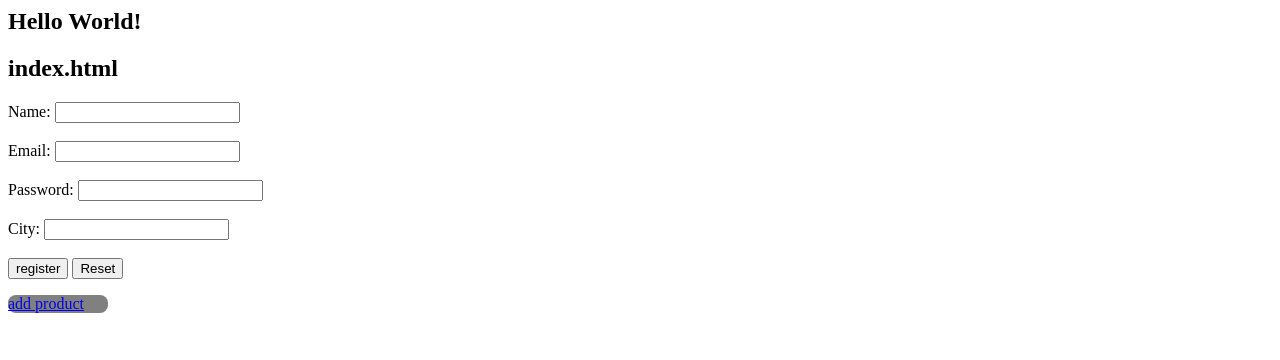
Repository: patramanik/java_ORM_Hibernate
Page: http://localhost/HD19/
The author's editor kept a copy of each file at every save. The page is drawn from the files as they stood at one save, then again after the next save.
The browser window is 1280 px wide. The pictures show the whole page.
The page is served by Tomcat 9. Nobody is signed in. The application's start-up code is not run.

Above is the page before, as saved 2025-04-09 18:37:59.

After the next save:
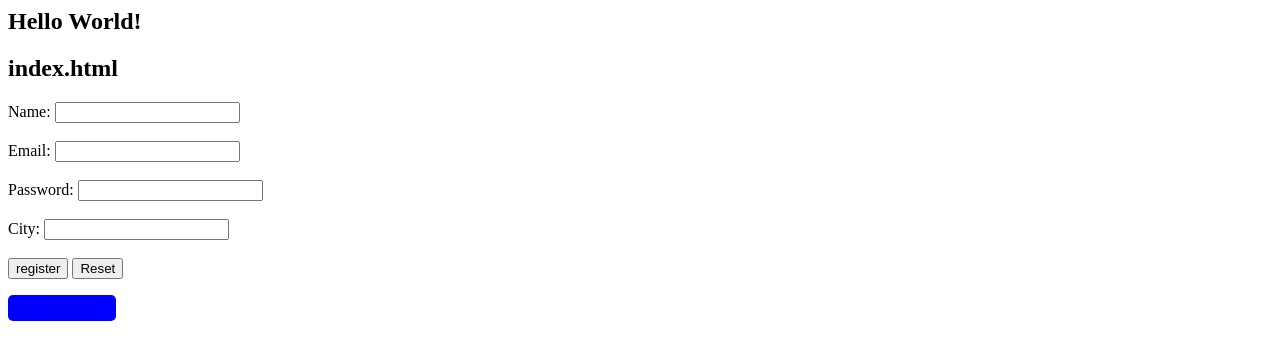
Saved 56 s later.
--- a/HD19/src/main/webapp/index.jsp
+++ b/HD19/src/main/webapp/index.jsp
@@ -12,7 +12,7 @@
 	<input type="reset">
 	</form>
 
-	<div style="height: 20 px; width: 100px; border-radius: 8px;background-color: gray;">
+	<div style="height: 50 px; width: 100px; border-radius: 5px;background-color: blue;padding: 4px;">
 	<a href="addproduct.jsp">add product</a>
 	</div>
 
